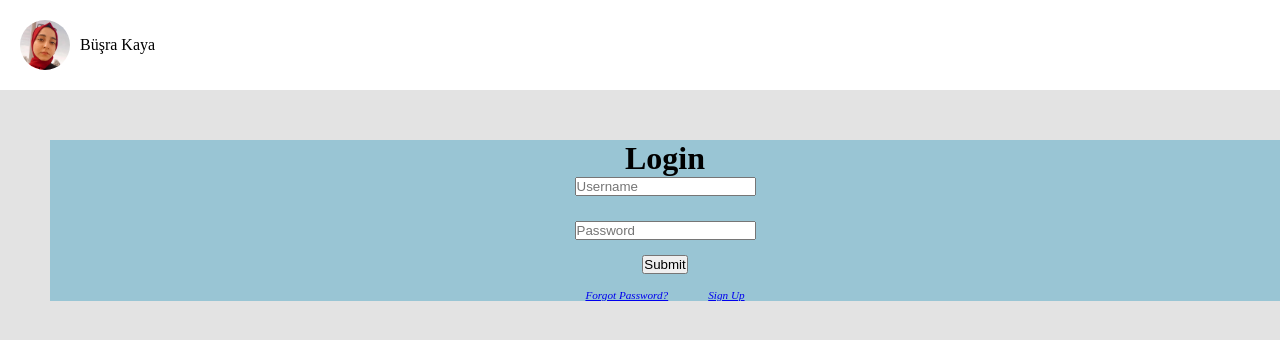
Repository: busra-kayaa/LoginPage
Page: login.html
These files come from the project's save history. The page is drawn as it stood at one moment and after the next save; the edit follows.
The browser window is 1280 px wide. The pictures show the whole page.

Above is the page before, as saved 2023-12-29 14:19:48.

After the next save:
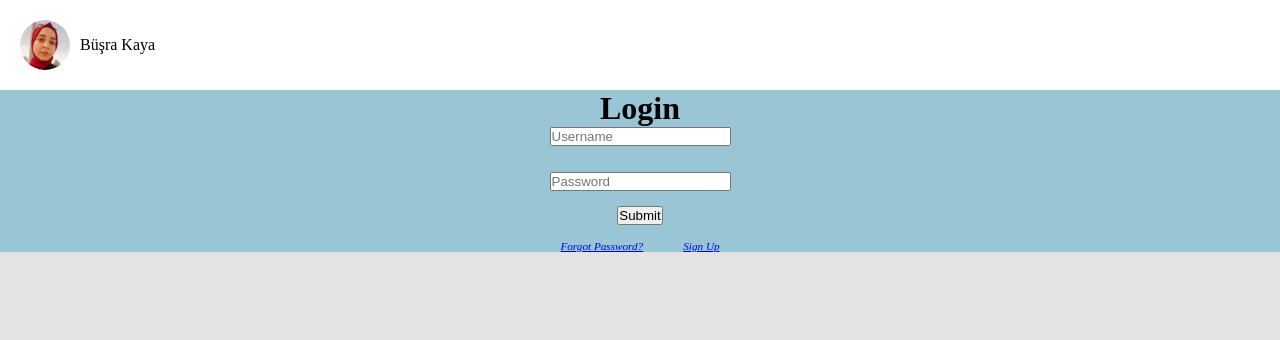
Saved 11 s later.
--- a/style.css
+++ b/style.css
@@ -51,8 +51,7 @@ body {
     align-items: center;
     text-align: center;
     display: flex;
-    margin-top: 50px;
-    margin-left: 50px;
+
 }
 
 .login-text {
